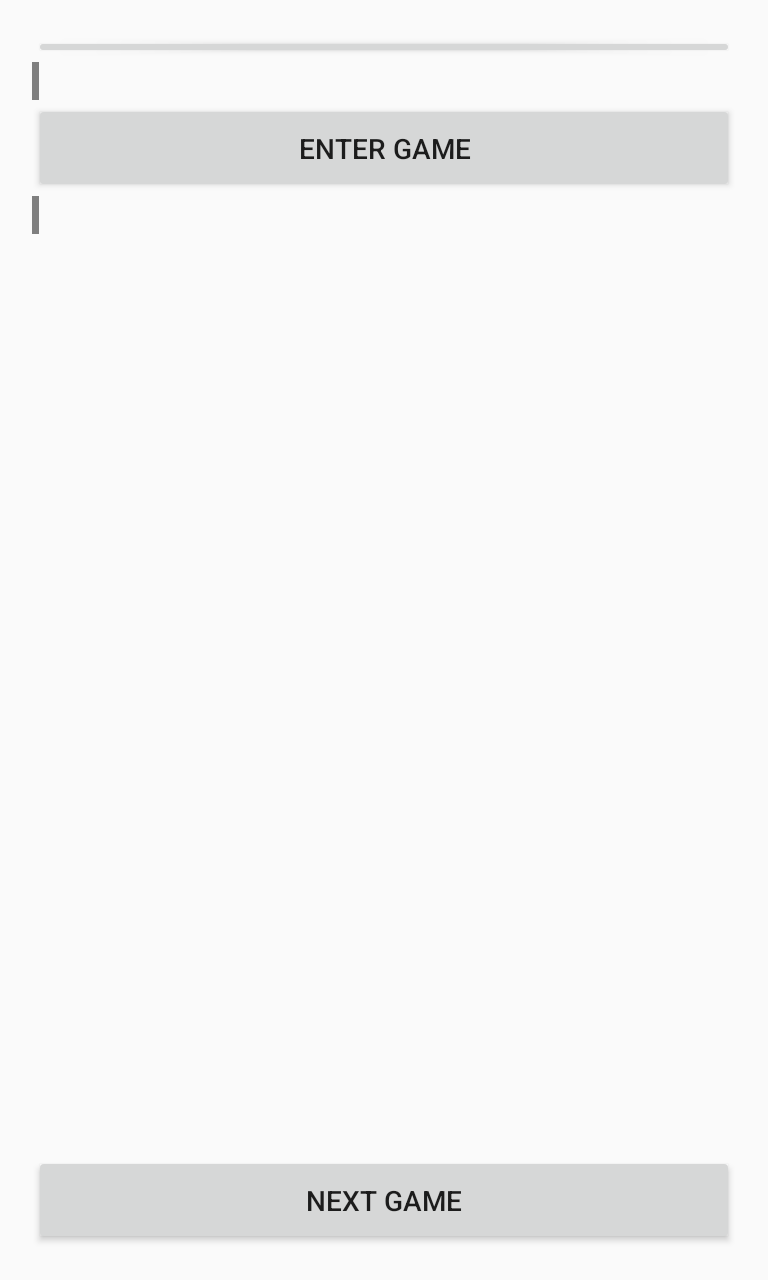
Repository: charlesweng/school
Layout: simpleandroidapps/GettingToKnowUIActivities/charleswengScoringProject/charleswengScoring/res/layout/activity_main.xml
The author's editor kept a copy of each file at every save. The layout is drawn from the files as they stood at one save, then again after the next save.
Pictures or frames that could not be fetched are drawn as grey boxes. It is drawn on a 768 x 1280 px phone screen (xhdpi) without system bars, with theme AppTheme; the app's code is not run.

Above is the layout before, as saved 2014-04-28 05:39:45.

After the next save:
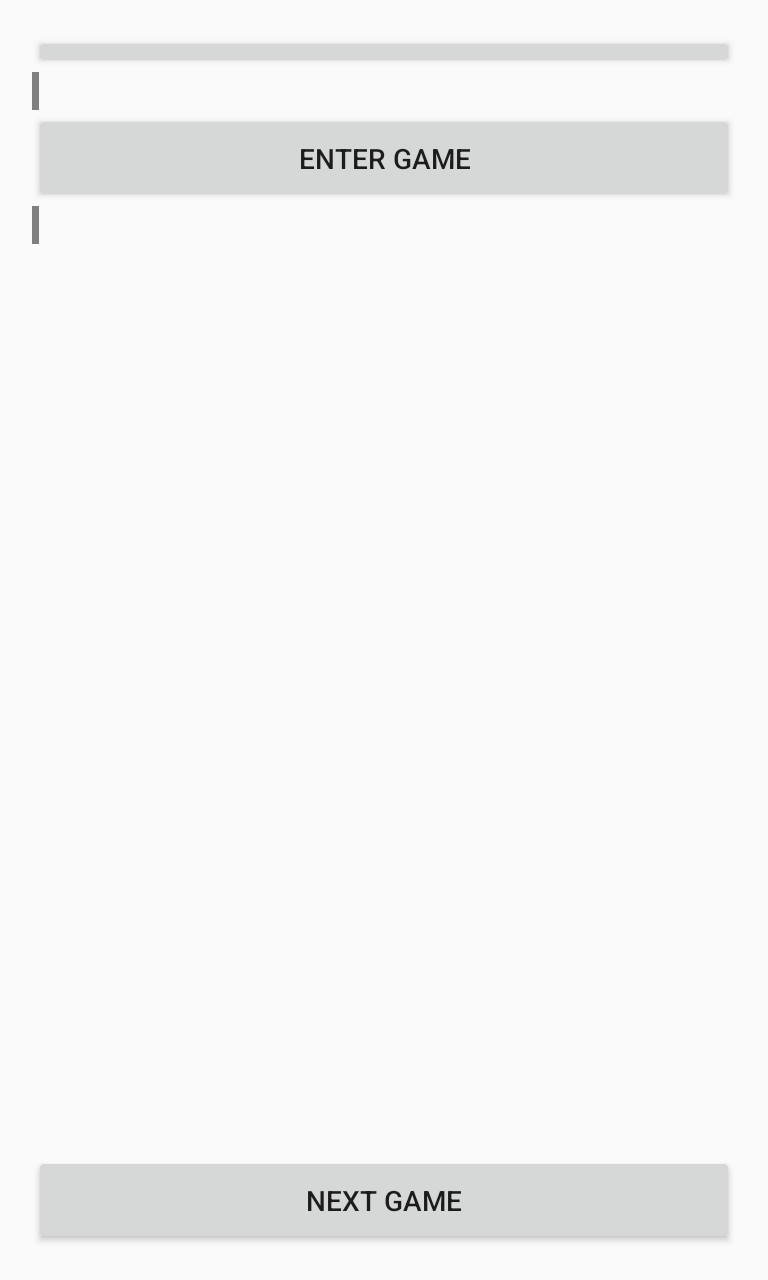
Saved 7 s later.
--- a/simpleandroidapps/GettingToKnowUIActivities/charleswengScoringProject/charleswengScoring/res/layout/activity_main.xml
+++ b/simpleandroidapps/GettingToKnowUIActivities/charleswengScoringProject/charleswengScoring/res/layout/activity_main.xml
@@ -14,7 +14,7 @@
     <Button
         android:id="@+id/datebutton"
         android:layout_width="fill_parent"
-        android:layout_height="15dp"
+        android:layout_height="20dp"
         android:layout_alignParentTop="true"
         android:layout_centerHorizontal="true"
         android:text="@string/enter_date"
